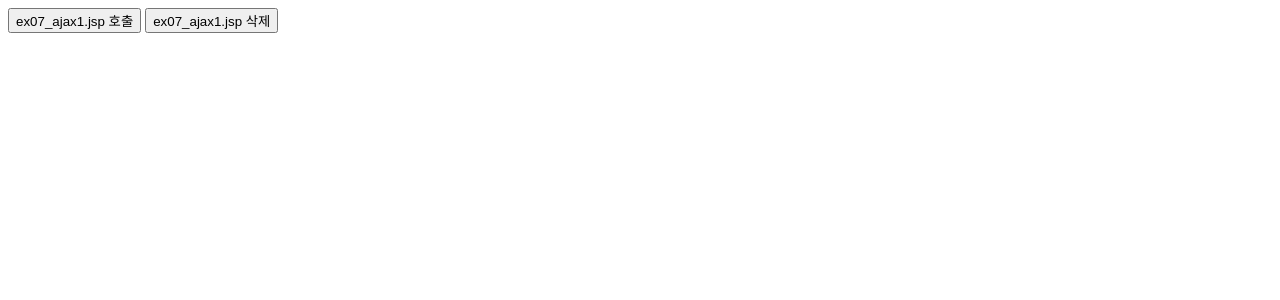
Repository: dongcmd/dong_jsp
Page: ajaxStudy/src/main/webapp/ex07_jQuery.html
The author's editor kept a copy of each file at every save. The page is drawn from the files as they stood at one save, then again after the next save.
The browser window is 1280 px wide. The pictures show the whole page.

Above is the page before, as saved 2025-04-21 06:28:16.

After the next save:
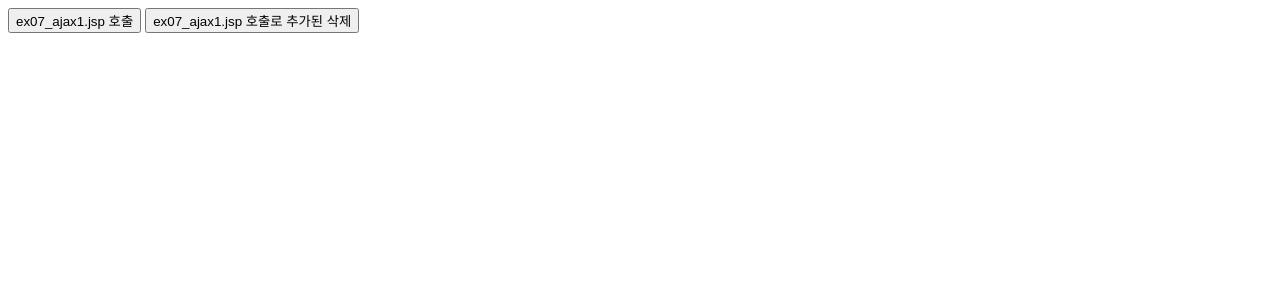
Saved 13 s later.
--- a/ajaxStudy/src/main/webapp/ex07_jQuery.html
+++ b/ajaxStudy/src/main/webapp/ex07_jQuery.html
@@ -6,7 +6,7 @@
 </head>
 <body>
 <button id="btn1">ex07_ajax1.jsp 호출</button>
-<button id="btn2">ex07_ajax1.jsp 삭제</button>
+<button id="btn2">ex07_ajax1.jsp 호출로 추가된 삭제</button>
 <script src="https://ajax.googleapis.com/ajax/libs/jquery/3.7.1/jquery.min.js"></script>
 <script>
 	$(function() {
